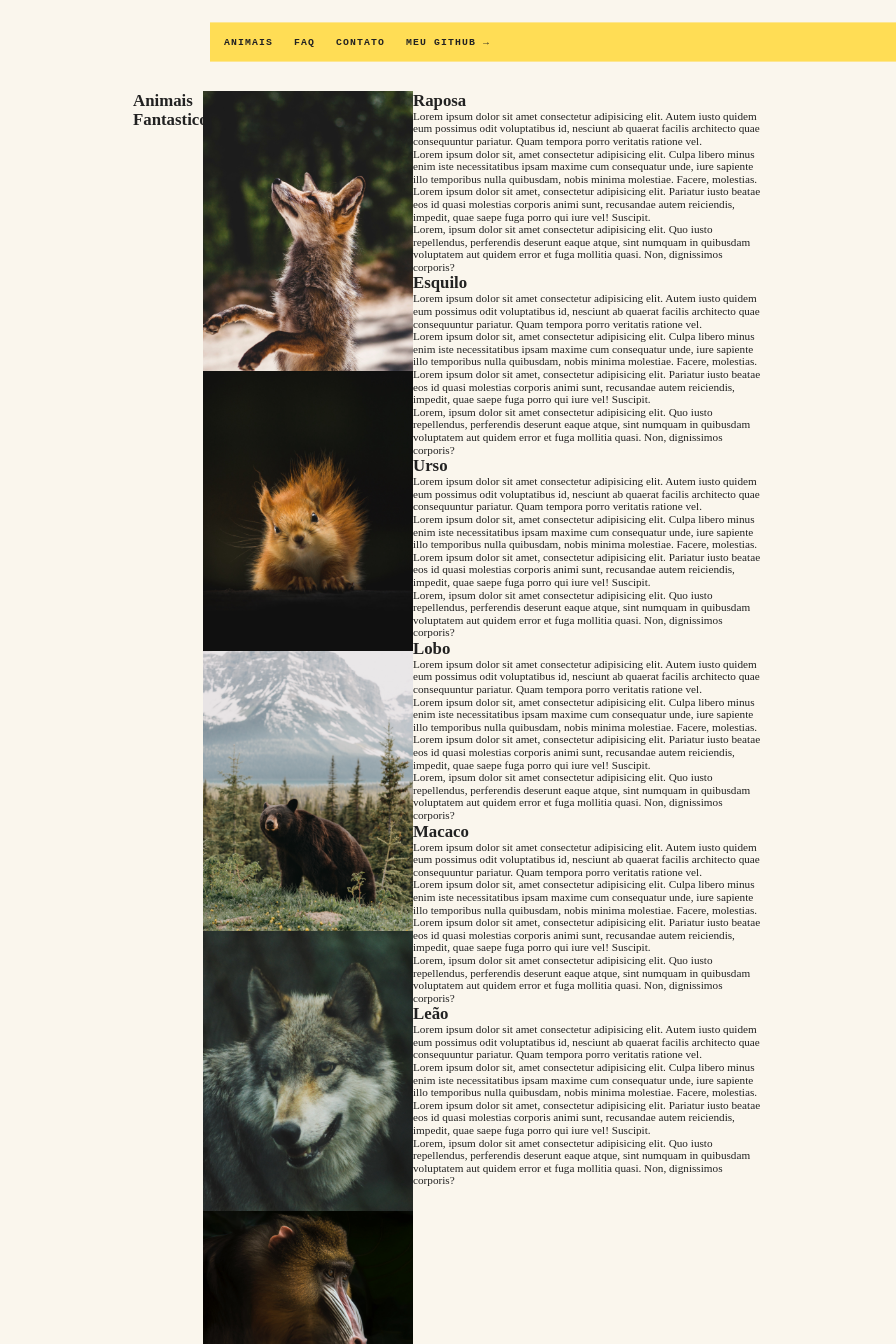
Repository: meiotera/animaisPagina
Page: index.html
An editor plug-in stored every save of this project. The page is shown before and after the next save, followed by the edit.
The browser window is 1280 px wide. The pictures show the part of the page from y = 0 to 1920 px (the page is 3610 px tall), at 70% of full size.

Above is the page before, as saved 2025-05-02 09:55:34.

### index.html
<!DOCTYPE html>
<html lang="en">

<head>
  <meta charset="UTF-8">
  <meta name="viewport" content="width=device-width, initial-scale=1.0">

  <link rel="stylesheet" href="css/style.css">
  <title>Animais</title>
</head>

<body>

  <nav class="menu">
    <ul>
      <li><a href="#animais">Animais</a></li>
      <li><a href="#faq">Faq</a></li>
      <li><a href="#contato">Contato</a></li>
      <li><a href="https://github.com/meiotera">Meu GitHub &rarr;</a></li>
    </ul>
  </nav>

  <section class="grid-section animais" id="animais">
    <h1 class="titulo">Animais Fantasticos</h1>

    <ul>
      <li><img src="./img/imagem1.jpg" alt=""></li>
      <li><img src="./img/imagem2.jpg" alt=""></li>
      <li><img src="./img/imagem3.jpg" alt=""></li>
      <li><img src="./img/imagem4.jpg" alt=""></li>
      <li><img src="./img/imagem5.jpg" alt=""></li>
      <li><img src="./img/imagem6.jpg" alt=""></li>
    </ul>

    <div class="animais-descricao">
      <section>
        <h2>Raposa</h2>
        <p>Lorem ipsum dolor sit amet consectetur adipisicing elit. Autem iusto quidem eum possimus odit voluptatibus id, nesciunt ab quaerat facilis architecto quae consequuntur pariatur. Quam tempora porro veritatis ratione vel.</p>
        <p>Lorem ipsum dolor sit, amet consectetur adipisicing elit. Culpa libero minus enim iste necessitatibus ipsam maxime cum consequatur unde, iure sapiente illo temporibus nulla quibusdam, nobis minima molestiae. Facere, molestias.</p>
        <p>Lorem ipsum dolor sit amet, consectetur adipisicing elit. Pariatur iusto beatae eos id quasi molestias corporis animi sunt, recusandae autem reiciendis, impedit, quae saepe fuga porro qui iure vel! Suscipit.</p>
        <p>Lorem, ipsum dolor sit amet consectetur adipisicing elit. Quo iusto repellendus, perferendis deserunt eaque atque, sint numquam in quibusdam voluptatem aut quidem error et fuga mollitia quasi. Non, dignissimos corporis?</p>
      </section>

      <section>
        <h2>Esquilo</h2>
        <p>Lorem ipsum dolor sit amet consectetur adipisicing elit. Autem iusto quidem eum possimus odit voluptatibus id, nesciunt ab quaerat facilis architecto quae consequuntur pariatur. Quam tempora porro veritatis ratione vel.</p>
        <p>Lorem ipsum dolor sit, amet consectetur adipisicing elit. Culpa libero minus enim iste necessitatibus ipsam maxime cum consequatur unde, iure sapiente illo temporibus nulla quibusdam, nobis minima molestiae. Facere, molestias.</p>
        <p>Lorem ipsum dolor sit amet, consectetur adipisicing elit. Pariatur iusto beatae eos id quasi molestias corporis animi sunt, recusandae autem reiciendis, impedit, quae saepe fuga porro qui iure vel! Suscipit.</p>
        <p>Lorem, ipsum dolor sit amet consectetur adipisicing elit. Quo iusto repellendus, perferendis deserunt eaque atque, sint numquam in quibusdam voluptatem aut quidem error et fuga mollitia quasi. Non, dignissimos corporis?</p>
      </section>

      <section>
        <h2>Urso</h2>
        <p>Lorem ipsum dolor sit amet consectetur adipisicing elit. Autem iusto quidem eum possimus odit voluptatibus id, nesciunt ab quaerat facilis architecto quae consequuntur pariatur. Quam tempora porro veritatis ratione vel.</p>
        <p>Lorem ipsum dolor sit, amet consectetur adipisicing elit. Culpa libero minus enim iste necessitatibus ipsam maxime cum consequatur unde, iure sapiente illo temporibus nulla quibusdam, nobis minima molestiae. Facere, molestias.</p>
        <p>Lorem ipsum dolor sit amet, consectetur adipisicing elit. Pariatur iusto beatae eos id quasi molestias corporis animi sunt, recusandae autem reiciendis, impedit, quae saepe fuga porro qui iure vel! Suscipit.</p>
        <p>Lorem, ipsum dolor sit amet consectetur adipisicing elit. Quo iusto repellendus, perferendis deserunt eaque atque, sint numquam in quibusdam voluptatem aut quidem error et fuga mollitia quasi. Non, dignissimos corporis?</p>
      </section>

      <section>
        <h2>Lobo</h2>
        <p>Lorem ipsum dolor sit amet consectetur adipisicing elit. Autem iusto quidem eum possimus odit voluptatibus id, nesciunt ab quaerat facilis architecto quae consequuntur pariatur. Quam tempora porro veritatis ratione vel.</p>
        <p>Lorem ipsum dolor sit, amet consectetur adipisicing elit. Culpa libero minus enim iste necessitatibus ipsam maxime cum consequatur unde, iure sapiente illo temporibus nulla quibusdam, nobis minima molestiae. Facere, molestias.</p>
        <p>Lorem ipsum dolor sit amet, consectetur adipisicing elit. Pariatur iusto beatae eos id quasi molestias corporis animi sunt, recusandae autem reiciendis, impedit, quae saepe fuga porro qui iure vel! Suscipit.</p>
        <p>Lorem, ipsum dolor sit amet consectetur adipisicing elit. Quo iusto repellendus, perferendis deserunt eaque atque, sint numquam in quibusdam voluptatem aut quidem error et fuga mollitia quasi. Non, dignissimos corporis?</p>
      </section>

      <section>
        <h2>Macaco</h2>
        <p>Lorem ipsum dolor sit amet consectetur adipisicing elit. Autem iusto quidem eum possimus odit voluptatibus id, nesciunt ab quaerat facilis architecto quae consequuntur pariatur. Quam tempora porro veritatis ratione vel.</p>
        <p>Lorem ipsum dolor sit, amet consectetur adipisicing elit. Culpa libero minus enim iste necessitatibus ipsam maxime cum consequatur unde, iure sapiente illo temporibus nulla quibusdam, nobis minima molestiae. Facere, molestias.</p>
        <p>Lorem ipsum dolor sit amet, consectetur adipisicing elit. Pariatur iusto beatae eos id quasi molestias corporis animi sunt, recusandae autem reiciendis, impedit, quae saepe fuga porro qui iure vel! Suscipit.</p>
        <p>Lorem, ipsum dolor sit amet consectetur adipisicing elit. Quo iusto repellendus, perferendis deserunt eaque atque, sint numquam in quibusdam voluptatem aut quidem error et fuga mollitia quasi. Non, dignissimos corporis?</p>
      </section>

      <section>
        <h2>Leão</h2>
        <p>Lorem ipsum dolor sit amet consectetur adipisicing elit. Autem iusto quidem eum possimus odit voluptatibus id, nesciunt ab quaerat facilis architecto quae consequuntur pariatur. Quam tempora porro veritatis ratione vel.</p>
        <p>Lorem ipsum dolor sit, amet consectetur adipisicing elit. Culpa libero minus enim iste necessitatibus ipsam maxime cum consequatur unde, iure sapiente illo temporibus nulla quibusdam, nobis minima molestiae. Facere, molestias.</p>
        <p>Lorem ipsum dolor sit amet, consectetur adipisicing elit. Pariatur iusto beatae eos id quasi molestias corporis animi sunt, recusandae autem reiciendis, impedit, quae saepe fuga porro qui iure vel! Suscipit.</p>
        <p>Lorem, ipsum dolor sit amet consectetur adipisicing elit. Quo iusto repellendus, perferendis deserunt eaque atque, sint numquam in quibusdam voluptatem aut quidem error et fuga mollitia quasi. Non, dignissimos corporis?</p>
      </section>
    </div>
  </section>

  <section class="grid-section faq" id="faq">
    <h2>Faq</h2>

    <dl>
      <dt>Pergunta Um</dt>
      <dd>Lorem, ipsum dolor sit amet consectetur adipisicing elit. Molestias quasi magni, repudiandae eveniet ea voluptate commodi vitae repellendus quis ex excepturi placeat labore amet sint earum tenetur maxime ab perspiciatis.</dd>

      <dt>Pergunta Dois</dt>
      <dd>Lorem, ipsum dolor sit amet consectetur adipisicing elit. Molestias quasi magni, repudiandae eveniet ea voluptate commodi vitae repellendus quis ex excepturi placeat labore amet sint earum tenetur maxime ab perspiciatis.</dd>

      <dt>Pergunta Três</dt>
      <dd>Lorem, ipsum dolor sit amet consectetur adipisicing elit. Molestias quasi magni, repudiandae eveniet ea voluptate commodi vitae repellendus quis ex excepturi placeat labore amet sint earum tenetur maxime ab perspiciatis.</dd>

      <dt>Pergunta Quatro</dt>
      <dd>Lorem, ipsum dolor sit amet consectetur adipisicing elit. Molestias quasi magni, repudiandae eveniet ea voluptate commodi vitae repellendus quis ex excepturi placeat labore amet sint earum tenetur maxime ab perspiciatis.</dd>

      <dt>Pergunta Cinco</dt>
      <dd>Lorem, ipsum dolor sit amet consectetur adipisicing elit. Molestias quasi magni, repudiandae eveniet ea voluptate commodi vitae repellendus quis ex excepturi placeat labore amet sint earum tenetur maxime ab perspiciatis.</dd>
    </dl>
  </section>

  <section class="grid-section contato" id="contato">
    <h2>Contato</h2>

    <div class="mapa">
      <img src="img/mapa.png" alt="mapa">
    </div>

    <ul class="dados">
      <li>renan.programador@outlook.com</li>
      <li>+55(84) 9 99999999</li>
      <li>Rua do conde, nº 21</li>
      <li>Mossoró - RN</li>
    </ul>
  </section>


  <footer class="footer copy">
    <p>todos os direitos reservados.</p>
  </footer>
  <script src="script.js"></script>
</body>

</html>

### css/style.css
body,
h1,
h2,
h3,
ul,
li,
p,
dd,
dt,
dl,
a {
  margin: 0;
  padding: 0;
  list-style: none;
  text-decoration: none;
}

img {
  display: block;
  max-width: 100%;
}

body {
  background-color: #faf6ed;
  color: #222;
  display: grid;
  /* Colunas organizadas */
  grid-template-columns: 1fr 120px minmax(300px, 800px) 1fr;
}

/* MENU */
.menu {
  grid-column: 3/5;
  margin-top: 2rem;
  margin-bottom: 2rem;
  background-color: #fd5;
}

.menu ul {
  display: flex;
  flex-wrap: wrap;
  padding: 10px;
}

.menu li a {
  display: block;
  padding: 10px;
  margin-right: 10px;
  color: #222;
  text-decoration: none;
  font-family: monospace;
  font-weight: bold;
  text-transform: uppercase;
  font-size: 0.875rem;
  letter-spacing: 0.1rem;
}

/* Sessões */
.grid-section {
  grid-column: 2/4;
  width: 100%;
  box-sizing: border-box;
  padding: 10px;
  display: grid;
  grid-template-columns: 100px 300px 1fr;
}

Loaded but not shown: script.js (no copy from this time; the picture is the same without it)

After the next save:
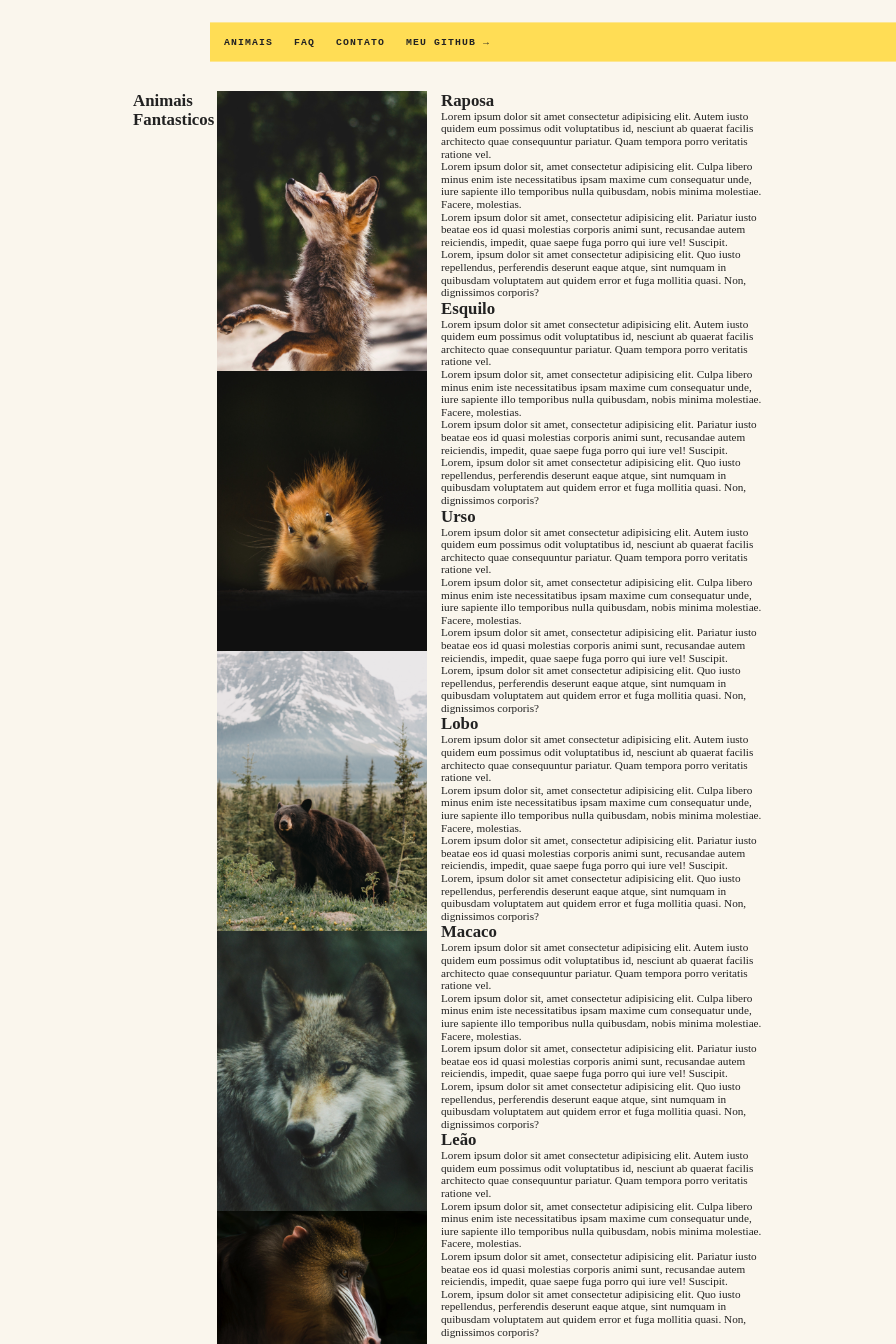
Saved 2 min 25 s later.
--- a/css/style.css
+++ b/css/style.css
@@ -63,4 +63,5 @@
   padding: 10px;
   display: grid;
   grid-template-columns: 100px 300px 1fr;
+  grid-gap: 20px;
 }
